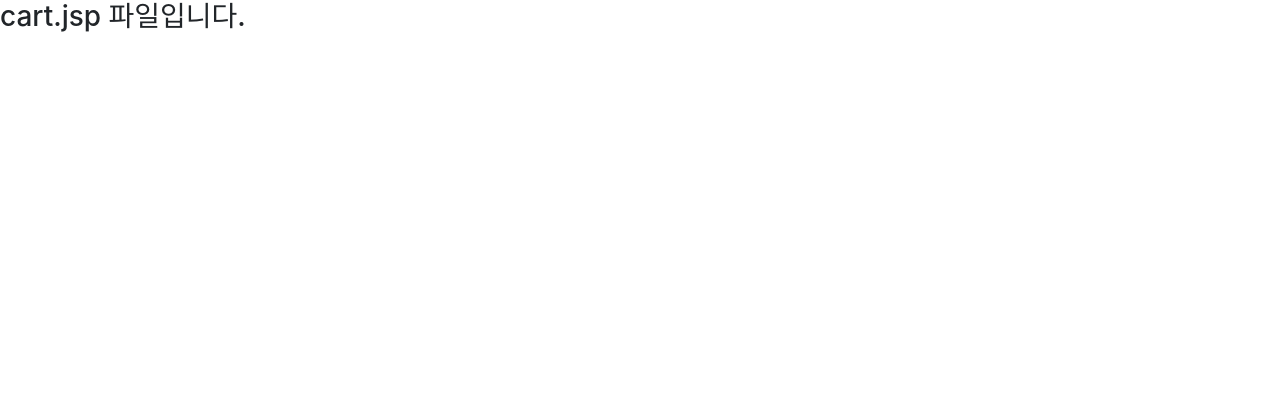
Repository: davisbyun/ai
Page: http://localhost/WebMarket/cart.jsp
An editor plug-in stored every save of this project. The page is shown before and after a run of saves, followed by the edit.
The browser window is 1280 px wide. The pictures show the whole page.
The page is served by Tomcat 9.

Above is the page before, as saved 2024-01-24 03:41:59.

After the next 2 saves:
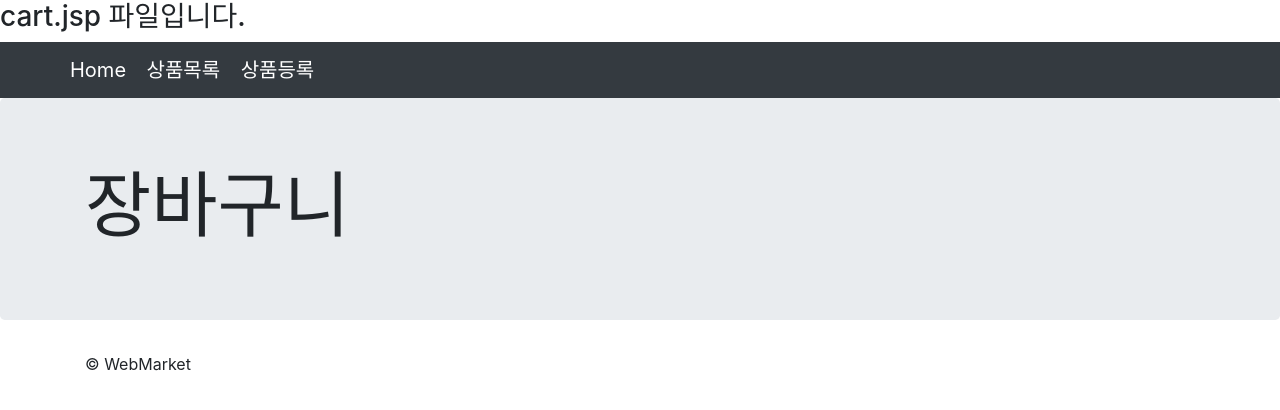
The 2 saves are shown as one change because 1 did not build or start.
The last was saved 2 min 22 s later.
--- a/WebMarket/src/main/webapp/cart.jsp
+++ b/WebMarket/src/main/webapp/cart.jsp
@@ -16,6 +16,13 @@
 	<%
 	   String cartId = session.getId();  // 세션으로 만들 때 자동으로 만들어지는 고유한 ID 값을 얻기
 	%>
+	<jsp:include page="menu.jsp"></jsp:include>
+	<div class="jumbotron">
+    <div class="container">
+        <h1 class="display-3"> 장바구니 </h1>
+    </div>
+    </div>
 
+    <jsp:include page="footer.jsp"></jsp:include>
 </body>
 </html>
